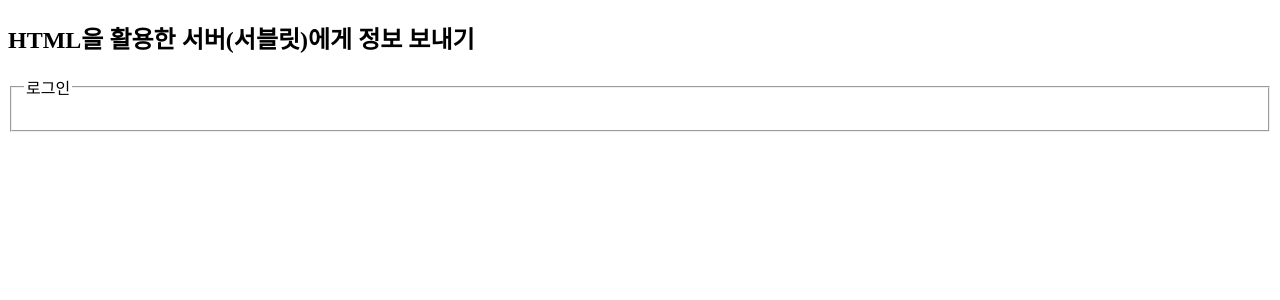
Repository: Kebiskim/2023_jspStudy
Page: 01_servlet/src/main/webapp/view/Ex10.html
The author's editor kept a copy of each file at every save. The page is drawn from the files as they stood at one save, then again after the next save.
The browser window is 1280 px wide. The pictures show the whole page.

Above is the page before, as saved 2023-07-03 02:12:24.

After the next save:
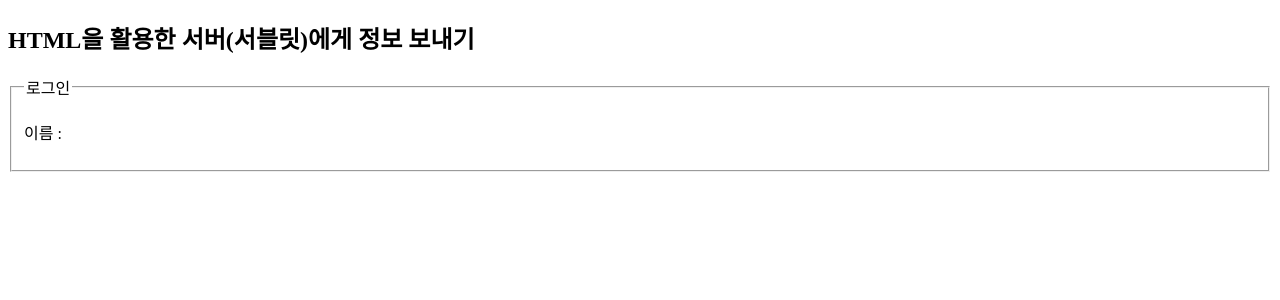
Saved 11 s later.
--- a/01_servlet/src/main/webapp/view/Ex10.html
+++ b/01_servlet/src/main/webapp/view/Ex10.html
@@ -9,7 +9,7 @@
 	<form action="/01_servlet/Ex10_1" method="post">
 	<fieldset>
 		<legend>로그인</legend>
-		<p>
+		<p><label for="">이름 : </label></p>
 	</fieldset>
 	</form>
 </body>
